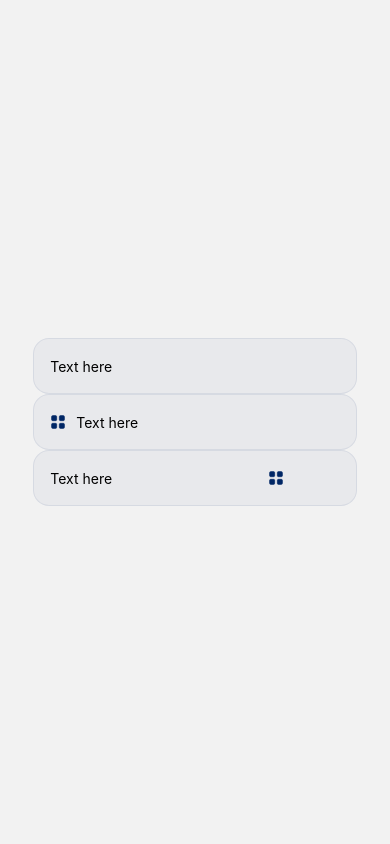
Repository: hungdomanh95/setuptheme
Screen: /
The author's editor kept a copy of each file at every save. The screen is drawn from the files as they stood at one save, then again after the next save.
The app was drawn by React Native's web renderer in a window 390 px wide. The project was rebuilt for these pictures with package versions that can differ from the ones it lists, and the page was loaded fresh each time. Also part of the build but not shown: src/components/Fade/index.js, src/components/Slide/index.js, src/components/RNBotton/index.js, src/components/RNCheckbox/index.js.

Above is the screen before, as saved 2022-05-17 16:42:03.

After the next save:
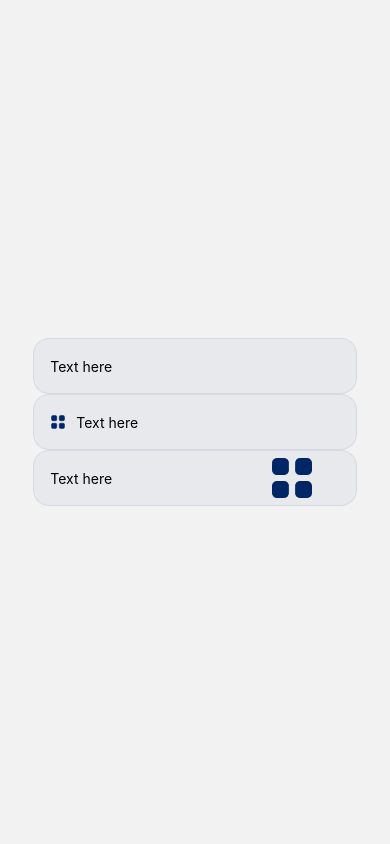
Saved 19 s later.
--- a/src/components/Input/index.js
+++ b/src/components/Input/index.js
@@ -6,7 +6,7 @@
   const {placeholder, iconLeft, iconRight} = props;
   return (
     <View style={styles.container}>
-      {iconLeft && <Image source={iconLeft} style={styles.icon} />}
+      {iconLeft && <Image source={iconLeft} style={styles.iconLeft} />}
       <TextInput placeholder={placeholder || 'Text here'} />
       {iconRight && <Image source={iconRight} style={styles.icon} />}
     </View>
@@ -27,7 +27,7 @@
     flexDirection: 'row',
     alignItems: 'center',
   },
-  icon: {
+  iconLeft: {
     width: SIZE.iconInput,
     height: SIZE.iconInput,
     marginRight: SIZE.spacing10,

After the save that followed:
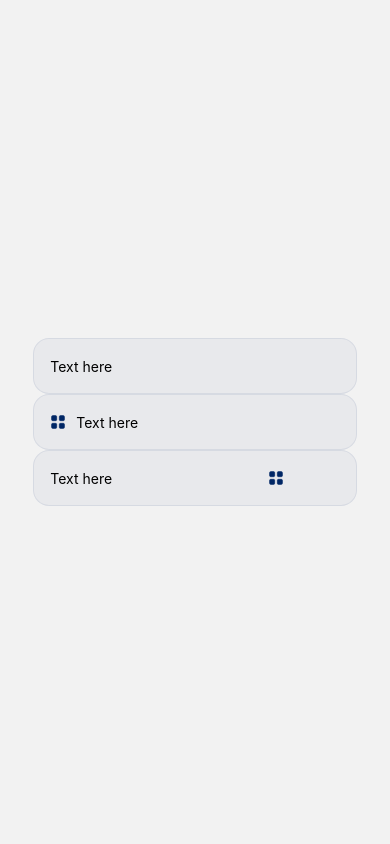
Saved 15 s later.
--- a/src/components/Input/index.js
+++ b/src/components/Input/index.js
@@ -8,7 +8,7 @@
     <View style={styles.container}>
       {iconLeft && <Image source={iconLeft} style={styles.iconLeft} />}
       <TextInput placeholder={placeholder || 'Text here'} />
-      {iconRight && <Image source={iconRight} style={styles.icon} />}
+      {iconRight && <Image source={iconRight} style={styles.iconRight} />}
     </View>
   );
 };
@@ -32,4 +32,8 @@
     height: SIZE.iconInput,
     marginRight: SIZE.spacing10,
   },
+  iconRight:{
+    width: SIZE.iconInput,
+    height: SIZE.iconInput,
+  }
 });
